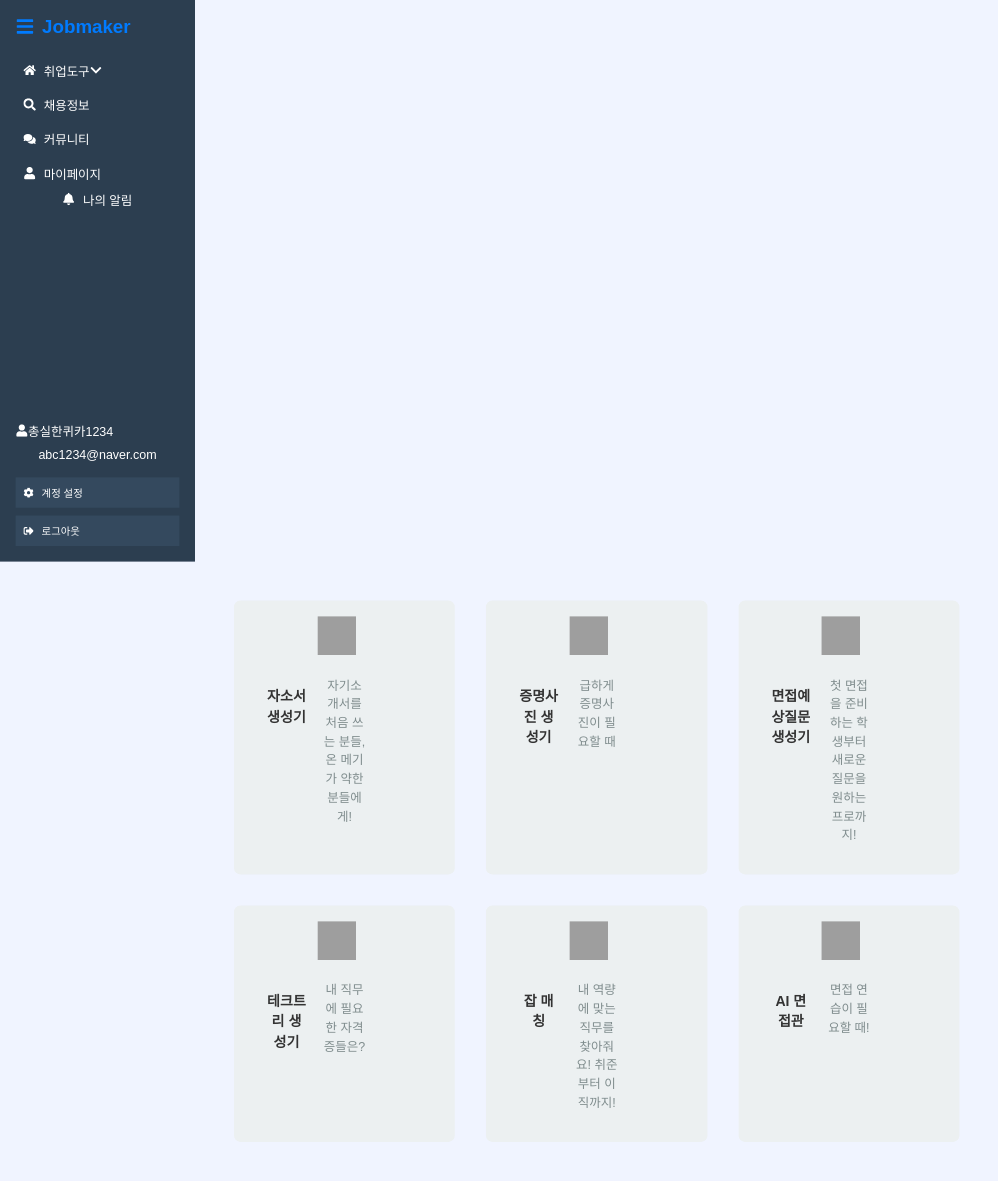
Repository: HSfac/jobmaker
Page: /main
These files come from the project's save history. The page is drawn as it stood at one moment and after a run of saves; the edit follows.
The browser window is 1280 px wide. The pictures show the whole page, at 78% of full size.
Pictures or frames that could not be fetched are drawn as grey boxes. The project was rebuilt for these pictures with package versions that can differ from the ones it lists, and the page was loaded fresh each time. Also part of the build but not shown: src/components/Header.jsx, src/components/Footer.css, src/components/Footer.jsx, src/pages/LandingPage.jsx, src/pages/InfosPage.jsx, src/pages/CommunityPage.jsx, src/pages/MyPage.jsx, src/components/SocialLoginButton.css and 15 more.

Above is the page before, as saved 2024-07-13 17:41:40.

### src/App.js
import React from 'react';
import { BrowserRouter as Router, Route, Routes } from 'react-router-dom';
import MainPage from './pages/MainPage';
import LandingPage from './pages/LandingPage';
import InfosPage from './pages/InfosPage';
import CommunityPage from './pages/CommunityPage';
import MyPage from './pages/MyPage';
import LoginPage from './pages/LoginPage';
import SignupPage from './pages/SignupPage';
import EmailSignupPage from './pages/EmailSignupPage';

import ResumeGeneratorPage from './pages/tools/ResumeGeneratorPage';
import PhotoGeneratorPage from './pages/tools/PhotoGeneratorPage';
import InterviewQuestionsGeneratorPage from './pages/tools/InterviewQuestionsGeneratorPage';
import TechTreeGeneratorPage from './pages/tools/TechTreeGeneratorPage';
import JobMatchingPage from './pages/tools/JobMatchingPage';
import AIInterviewerPage from './pages/tools/AIInterviewerPage';

import MainLayout from './layouts/MainLayout'; // 새로 생성한 레이아웃 컴포넌트
import './App.css';

function App() {
  return (
    <Router>
      <div className="App">
        <Routes>
          <Route path="/" element={<LandingPage />} />
          <Route path="/login" element={<LoginPage />} />
          <Route path="/signup" element={<SignupPage />} />
          <Route path="/email-signup" element={<EmailSignupPage />} />
          <Route element={<MainLayout />}>
            <Route path="/main" element={<MainPage />} />
            <Route path="/infos" element={<InfosPage />} />
            <Route path="/community" element={<CommunityPage />} />
            <Route path="/mypage" element={<MyPage />} />
            <Route path="/tools/resume-generator" element={<ResumeGeneratorPage />} />
            <Route path="/tools/photo-generator" element={<PhotoGeneratorPage />} />
            <Route path="/tools/interview-questions-generator" element={<InterviewQuestionsGeneratorPage />} />
            <Route path="/tools/tech-tree-generator" element={<TechTreeGeneratorPage />} />
            <Route path="/tools/job-matching" element={<JobMatchingPage />} />
            <Route path="/tools/ai-interviewer" element={<AIInterviewerPage />} />
          </Route>
        </Routes>
      </div>
    </Router>
  );
}

export default App;

### src/pages/MainPage.jsx
// MainPage.jsx
import React from 'react';
import ToolCard from '../components/ToolCard';
import './MainPage.css';

const tools = [
  {
    title: "자소서 생성기",
    description: "자기소개서를 처음 쓰는 분들, 온 메기가 약한 분들에게!",
    image: "../assets/images/icons/icon2.png",
    link: "/tools/resume-generator",
  },
  {
    title: "증명사진 생성기",
    description: "급하게 증명사진이 필요할 때",
    image: "../assets/images/icons/icon2.png",
    link: "/tools/photo-generator",
  },
  {
    title: "면접예상질문 생성기",
    description: "첫 면접을 준비하는 학생부터 새로운 질문을 원하는 프로까지!",
    image: "../assets/images/icons/icon2.png",
    link: "/tools/interview-questions-generator",
  },
  {
    title: "테크트리 생성기",
    description: "내 직무에 필요한 자격증들은?",
    image: "../assets/images/icons/icon2.png",
    link: "/tools/tech-tree-generator",
  },
  {
    title: "잡 매칭",
    description: "내 역량에 맞는 직무를 찾아줘요! 취준부터 이직까지!",
    image: "../assets/images/icons/icon2.png",
    link: "/tools/job-matching",
  },
  {
    title: "AI 면접관",
    description: "면접 연습이 필요할 때!",
    image: "../assets/images/icons/icon2.png",
    link: "/tools/ai-interviewer",
  },
];

const MainPage = () => {
  return (
    <div className="main-page">
      <div className="content">
        {tools.map((tool, index) => (
          <ToolCard
            key={index}
            title={tool.title}
            description={tool.description}
            image={tool.image}
            link={tool.link}
          />
        ))}
      </div>
    </div>
  );
};

export default MainPage;

### src/layouts/MainLayout.jsx
import React from 'react';
import { Outlet } from 'react-router-dom';
import Sidebar from '../components/Sidebar';
//import './MainLayout.css';

const MainLayout = () => {
  return (
    <div className="main-layout">
      <Sidebar />
      <div className="page-content">
        <Outlet />
      </div>
    </div>
  );
};

export default MainLayout;

### src/App.css
.App {
  font-family: sans-serif;
  text-align: center;
  height: 100vh;
  display: flex;
  flex-direction: column;
}

.main-content {
  display: flex;
  flex: 1;
}

.page-content {
  flex: 1;
  padding: 20px;
  margin-left: 250px; /* 사이드바의 넓이만큼 왼쪽 여백을 설정 */
  transition: margin-left 0.3s;
}

.sidebar.closed + .page-content {
  margin-left: 80px; /* 사이드바가 닫혔을 때 여백 설정 */
}

### src/components/ToolCard.jsx
// ToolCard.jsx
import React from 'react';
import { useNavigate } from 'react-router-dom';
import './ToolCard.css';

const ToolCard = ({ title, description, image, link }) => {
  const navigate = useNavigate();

  const handleClick = () => {
    navigate(link);
  };

  return (
    <div className="tool-card" onClick={handleClick}>
      <img src={image} alt={title} className="icon" />
      <div className="content">
        <h3>{title}</h3>
        <p>{description}</p>
      </div>
    </div>
  );
};

export default ToolCard;

### src/pages/MainPage.css
.main-page {
  display: flex;
}

.content {
  flex-grow: 1;
  padding: 20px;
  display: grid;
  grid-template-columns: repeat(3, 1fr);
  gap: 20px;
}

### src/pages/LandingPage.css
/* LandingPage.css */

@font-face {
  font-family: 'Pretendard';
  src: url('../assets/fonts/Pretendard-Regular.ttf') format('truetype');
  font-weight: 400;
}

@font-face {
  font-family: 'Pretendard';
  src: url('../assets/fonts/Pretendard-SemiBold.ttf') format('truetype');
  font-weight: 600;
}
:root {
  --bg-color: #f0f4ff;
  --text-color: #333;
  --primary-color: #3a73e1;
  --secondary-color: #fff;
  --question-bg-color: #4a90e2;
}

[data-theme="dark"] {
  --bg-color: #121212;
  --text-color: #e0e0e0;
  --primary-color: #bb86fc;
  --secondary-color: #333;
  --question-bg-color: #3700b3;
}

body {
  background-color: var(--bg-color);
  color: var(--text-color);
  margin: 0;
  padding: 0;
  font-family: 'Pretendard', sans-serif;
}

.landing-page {
  display: flex;
  flex-direction: column;
  min-height: 100vh;
}

.main-content {
  flex: 1;
  display: flex;
  flex-direction: column;
  align-items: center;
  background-color: var(--primary-color);
  color: var(--secondary-color);
}

.hero {
  display: flex;
  justify-content: space-between;
  align-items: center;
  max-width: 1200px;
  width: 100%;
  padding: 50px;
}


.hero-text h1 {
  font-size: 4em; /* Increased font size */
  font-family: 'Pretendard', sans-serif;
  font-weight: 600; /* SemiBold */
  margin-bottom: 20px;
}

.hero-text p {
  font-family: 'Pretendard', sans-serif;
  font-weight: 400; /* Regular */
}

.hero-text button.primary {
  background-color: var(--secondary-color);
  color: var(--primary-color);
  padding: 10px 20px;
  border: none;
  border-radius: 5px;
  font-size: 1.2em;
  cursor: pointer;
  transition: border-color 0.3s;
}

.hero-text button.primary:hover {
  border: 2px solid var(--primary-color);
}

.hero-images {
  flex: 1;
  display: flex;
  justify-content: center;
  align-items: center;


}

.hero-images img {
  max-width: 100%;
  height: auto;

}

.second-section {
  width: 100%;
  font-size: 1.5em;
  padding: 50px 20px;
  background-color: var(--bg-color);
  color: var(--text-color);
  text-align: center;
  position: relative;
  overflow: hidden;
  font-weight: 700; /* SemiBold */
}

.second-section h2 {
  color: var(--primary-color);
  font-size: 1.5em;
  font-weight: 700; /* SemiBold */
}

.sliding-images {
  display: flex;
  flex-direction: column;
  align-items: center;
  justify-content: center;
  height: 280px; /* Adjust as needed */
  position: relative;
}

.sliding-images img {
  width: 300%; /* Make the images smaller */
  position: absolute;
  animation-duration: 30s; /* Slow down the animation */
  animation-timing-function: linear;
  animation-iteration-count: infinite;
}

.sliding-images img:nth-child(1) {
  top: 0;
  left: -100%;
  animation-name: slide-in-left;
}

.sliding-images img:nth-child(2) {
  top: 50%;
  left: 100%;
  animation-name: slide-in-right;
}

@keyframes slide-in-left {
  0%, 100% {
    left: -100%;
  }
  50% {
    left: 100%;
  }
}

@keyframes slide-in-right {
  0%, 100% {
    left: 100%;
  }
  50% {
    left: -100%;
  }
}

.generators {
  display: flex;
  justify-content: space-around;
  flex-wrap: wrap;
}

.generator-card {
  background-color: var(--secondary-color);
  color: var(--primary-color);
  border-radius: 10px;
  padding: 20px;
  margin: 10px;
  width: 200px;
  cursor: pointer;
  transition: transform 0.2s;
}

.generator-card:hover {
  transform: scale(1.05);
}

.generator-card h3 {
  margin-top: 0;
}

.generator-card p {
  margin: 10px 0 0;
  font-size: 20px;
}

/* 기존 CSS 생략 */

.third-section {

  width: 100%;
  padding: 10px 20px;
  background-color: var(--bg-color);
  color: var(--text-color);
  text-align: center;

}

.third-section h2 {
  font-size: 2.2em;
  color: var(--primary-color);
  font-weight: 700; /* SemiBold */
}

.third-section h3 {
  font-size: 1em;
  font-weight: 600; /* SemiBold */
}

.example-container {
  display: flex;
  flex-wrap: wrap;
  justify-content: center;
  gap: 20px;
  margin-top: 20px;
  flex-direction: column; /* 세로로 배치 */
}

.example-image.left {
  align-self: flex-start;
  margin: 0 50px; /* 이미지 양옆 여백 설정 */
  animation: slide-left 5s infinite;
}

.example-image.center1 {
  align-self: center;
  margin: 0 50px; /* 이미지 양옆 여백 설정 */
}

.example-image.right {
  align-self: flex-end;
  margin: 0 50px; /* 이미지 양옆 여백 설정 */
  animation: slide-right 5s infinite;
}

.example-image.center2 {
  align-self: center;
  margin: 0 50px; /* 이미지 양옆 여백 설정 */
}

@keyframes slide-left {
  0% {
    transform: translateX(0);
  }
  50% {
    transform: translateX(-20px); /* 원하는 슬라이드 거리 설정 */
  }
  100% {
    transform: translateX(0);
  }
}

@keyframes slide-right {
  0% {
    transform: translateX(0);
  }
  50% {
    transform: translateX(20px); /* 원하는 슬라이드 거리 설정 */
  }
  100% {
    transform: translateX(0);
  }
}

/* 기존 CSS 생략 */




.fourth-section {
  width: 100%;
  padding: 50px 20px;
  background-color: var(--bg-color);
  color: var(--text-color);
  text-align: center;
}

.fourth-section h2 {
  font-size: 2.2em;
  color: var(--primary-color);
  font-weight: 700; /* SemiBold */
  margin-bottom: 10px;
}

.fourth-section h3 {
  font-size: 26px;
  font-weight: 700; /* SemiBold */
  margin-bottom: 30px;
}

.sliding-tags {
  overflow: hidden;
  white-space: nowrap;
  box-sizing: border-box;
}

.tags-wrapper {
  display: inline-block;
  animation: slide 45s linear infinite;

}

.tag {
  font-size: 20px;
  display: inline-block;
  background-color: var(--primary-color);
  color: var(--secondary-color);
  padding: 20px 40px;
  margin: 0 10px;
  border-radius: 500px;
  font-weight: 600; /* SemiBold */
}

@keyframes slide {
  0% {
    transform: translateX(100%);
  }
  100% {
    transform: translateX(-100%);
  }
}

.fifth-section {
  width: 100%;
  padding: 50px 20px;
  background-color: var(--bg-color);
  color: var(--text-color);
  text-align: center;
}

.fifth-section h2 {
  margin-top: 70px;
  font-size: 2.2em;
  color: var(--primary-color);
  font-weight: 700; /* SemiBold */
}

.fifth-section h3 {
  font-size: 26px;
  font-weight: 700; /* SemiBold */
  margin-top: 10px;
  margin-bottom: 30px;
}

.pricing-plans {
  display: flex;
  justify-content: center;
  gap: 25px;
  flex-wrap: wrap;
  margin-bottom: 200px;
}

.plan {
  background-color: var(--secondary-color);
  color: var(--primary-color);
  border-radius: 10px;
  padding: 20px;
  margin: 10px;
  width: 250px;
  text-align: center;
}

.plan h3 {
  margin-top: 0;
}

.plan p {
  font-size: 20px;
  font-weight: 700; /* SemiBold */
}

.plan ul {
  list-style: none;
  padding: 0;
}

.plan ul li {
  margin: 10px 0;
}

.plan button.primary {
  background-color: var(--secondary-color);
  color: var(--primary-color);
  padding: 10px 20px;
  border: 2px solid var(--primary-color);
  border-radius: 5px;
  font-size: 1.2em;
  cursor: pointer;
  transition: background-color 0.3s, color 0.3s;
}

.plan button.primary:hover {
  background-color: var(--primary-color);
  color: var(--secondary-color);
}

.footer {
  background-color: var(--primary-color);
  color: var(--secondary-color);
  padding: 20px;
  text-align: center;
  position: relative;
  bottom: 0;
  width: 100%;
  margin-top: auto;
}

### src/components/Sidebar.jsx
import React, { useState } from 'react';
import { FaHome, FaSearch, FaComments, FaUser, FaBell, FaCog, FaSignOutAlt, FaBars, FaChevronDown, FaChevronUp } from 'react-icons/fa';
import { Link } from 'react-router-dom';
import './Sidebar.css';
import AlertModal from './AlertModal';

const Sidebar = () => {
  const [isOpen, setIsOpen] = useState(true);
  const [isToolsOpen, setIsToolsOpen] = useState(false);
  const [isModalOpen, setIsModalOpen] = useState(false);

  const toggleSidebar = () => {
    setIsOpen(!isOpen);
  };

  const toggleToolsMenu = () => {
    setIsToolsOpen(!isToolsOpen);
  };

  const toggleModal = () => {
    setIsModalOpen(!isModalOpen);
  };

  return (
    <div className={`sidebar ${isOpen ? 'open' : 'closed'}`}>
      <div className="logo" onClick={toggleSidebar}>
        <FaBars />
        {isOpen && <span>Jobmaker</span>}
      </div>
      <ul className="menu">
        <li>
          <div className="menu-item" onClick={toggleToolsMenu}>
            <FaHome />
            {isOpen && <span>취업도구</span>}
            {isOpen && (isToolsOpen ? <FaChevronUp /> : <FaChevronDown />)}
          </div>
          {isToolsOpen && (
            <ul className="submenu">
              <li>
                <Link to="/tools/resume-generator">
                  {isOpen && <span>자소서 생성기</span>}
                </Link>
              </li>
              <li>
                <Link to="/tools/photo-generator">
                  {isOpen && <span>증명사진 생성기</span>}
                </Link>
              </li>
              <li>
                <Link to="/tools/interview-questions-generator">
                  {isOpen && <span>면접예상질문 생성기</span>}
                </Link>
              </li>
              <li>
                <Link to="/tools/tech-tree-generator">
                  {isOpen && <span>테크트리 생성기</span>}
                </Link>
              </li>
              <li>
                <Link to="/tools/job-matching">
                  {isOpen && <span>잡 매칭</span>}
                </Link>
              </li>
              <li>
                <Link to="/tools/ai-interviewer">
                  {isOpen && <span>AI 면접관</span>}
                </Link>
              </li>
            </ul>
          )}
        </li>
        <li>
          <Link to="/infos">
            <FaSearch />
            {isOpen && <span>채용정보</span>}
          </Link>
        </li>
        <li>
          <Link to="/community">
            <FaComments />
            {isOpen && <span>커뮤니티</span>}
          </Link>
        </li>
        <li>
          <Link to="/mypage">
            <FaUser />
            {isOpen && <span>마이페이지</span>}
          </Link>
        </li>
        <li onClick={toggleModal} style={{ cursor: 'pointer' }}>
          <FaBell />
          {isOpen && <span>나의 알림</span>}
        </li>
      </ul>
      <div className="user-info">
        <div className="username">
          <FaUser />
          {isOpen && <span>총실한퀴카1234</span>}
        </div>
        {isOpen && <div className="email">abc1234@naver.com</div>}
        <div className="settings">
          <button className="settings-btn">
            <FaCog />
            {isOpen && <span>계정 설정</span>}
          </button>
          <button className="logout-btn">
            <FaSignOutAlt />
            {isOpen && <span>로그아웃</span>}
          </button>
        </div>
      </div>
      {isModalOpen && <AlertModal onClose={toggleModal} />}
    </div>
  );
};

export default Sidebar;

### src/components/ToolCard.css
.tool-card {
  background-color: #ecf0f1;
  border-radius: 8px;
  padding: 20px;
  margin: 10px;
  display: flex;
  align-items: center;
  cursor: pointer;
  flex-direction: column;
  transition: background-color 0.3s;
}

.tool-card:hover {
  background-color: #bdc3c7;
}

.icon {
  width: 50px;
  height: 50px;
  margin-right: 20px;
}

.content {
  flex-grow: 1;
}

h3 {
  margin: 5;
  font-size: 18px;
}

p {
  margin: 5px 0 0;
  color: #7f8c8d;
}

### src/components/Header.css
.header {
  display: flex;
  justify-content: space-between;
  align-items: center;
  padding: 10px 20px;
  background-color: #f8f9fa;
  border-bottom: 1px solid #e0e0e0;
}

.logo {
  font-size: 24px;
  font-weight: bold;
  color: #007bff;
}

.nav-links a {
  margin-left: 10px;
  color: #333;
  text-decoration: none;
}

.nav-links a:hover {
  text-decoration: underline;
}

### src/components/Sidebar.css
.sidebar {
  width: 250px;
  height: 100vh;
  background-color: #2c3e50;
  color: white;
  padding: 20px;
  box-sizing: border-box;
  display: flex;
  flex-direction: column;
  justify-content: space-between;
  transition: width 0.3s;
  position: re;
  top: 0;
  left: 0;
  overflow-y: auto; /* Add scrollbar if content exceeds height */
}

.sidebar.closed {
  width: 80px;
}

.logo {
  font-size: 24px;
  font-weight: bold;
  margin-bottom: 20px;
  cursor: pointer;
  display: flex;
  align-items: center;
}

.logo span {
  margin-left: 10px;
}

.menu {
  list-style: none;
  padding: 0;
  margin: 0;
}

.menu li {
  margin: 0;
}

.menu-item, .menu li a {
  display: flex;
  align-items: center;
  color: white;
  text-decoration: none;
  padding: 10px;
  width: 100%;
  box-sizing: border-box;
  transition: background-color 0.3s;
}

.menu-item:hover, .menu li a:hover {
  background-color: #34495e;
}

.menu-item {
  cursor: pointer;

}

.menu li span {
  margin-left: 10px;
}

.submenu {
  list-style: none;
  padding: 0;
  margin: 0;
}

.submenu li {
  margin: 0;
}

.submenu li a {
  padding: 10px 10px 10px 30px; /* Indentation for submenu items */
  display: flex;
  align-items: center;
  color: white;
  text-decoration: none;
  transition: background-color 0.3s;
}

.submenu li a:hover {
  background-color: #34495e;
}

.user-info {
  margin-top: auto;
}

.username {
  display: flex;
  align-items: center;
  margin-bottom: 10px;
}

.email {
  margin-bottom: 10px;
}

.settings {
  display: flex;
  flex-direction: column;
}

.settings-btn, .logout-btn {
  display: flex;
  align-items: center;
  width: 100%;
  margin-top: 10px;
  padding: 10px;
  background-color: #34495e;
  color: white;
  border: none;
  cursor: pointer;
  transition: background-color 0.3s;
}

.settings-btn:hover, .logout-btn:hover {
  background-color: #3d566e;
}

.settings-btn span, .logout-btn span {
  margin-left: 10px;
}

Loaded but not shown: public/index.html (common file); src/index.js (common file); src/index.css (common file); src/reportWebVitals.js (common file)

After the next 2 saves:
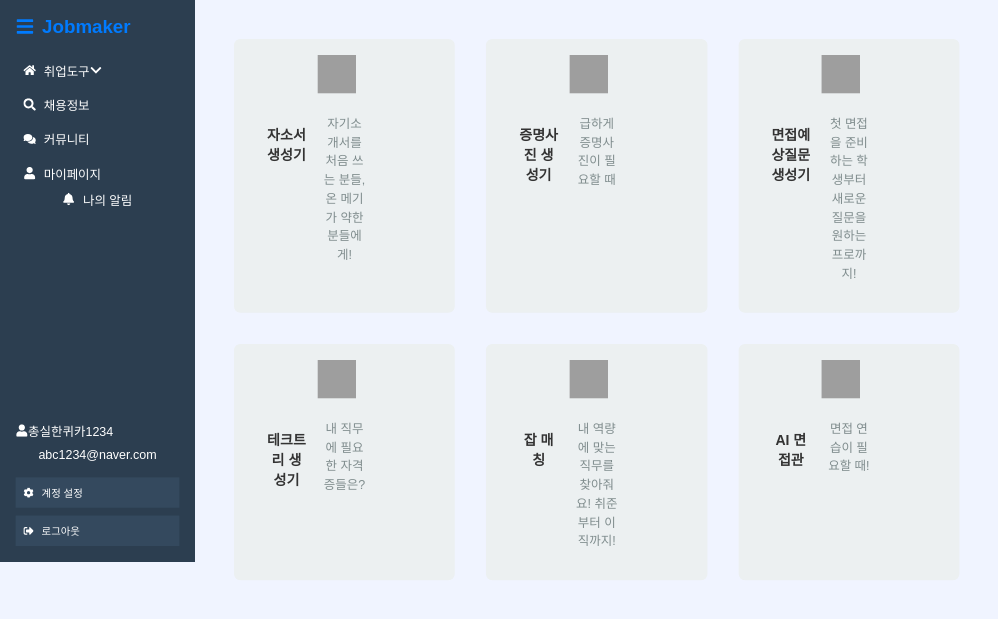
The 2 saves are shown as one change because they came seconds apart.
The last was saved 8 s later.
--- a/src/components/Sidebar.css
+++ b/src/components/Sidebar.css
@@ -9,7 +9,7 @@
   flex-direction: column;
   justify-content: space-between;
   transition: width 0.3s;
-  position: re;
+  position: fixed;
   top: 0;
   left: 0;
   overflow-y: auto; /* Add scrollbar if content exceeds height */
